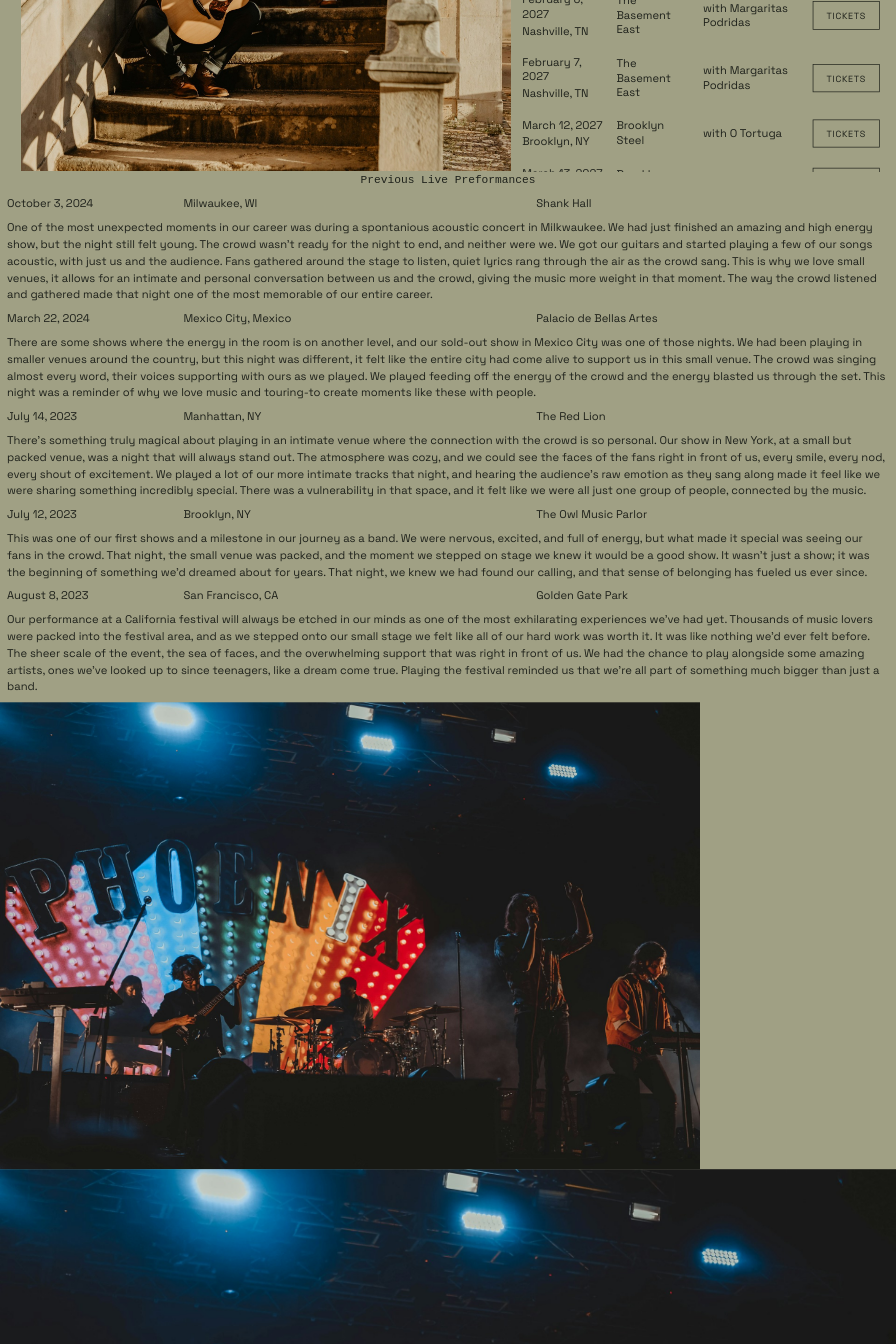
Repository: lime929/voices-del-viento
Page: /tour
These files come from the project's save history. The page is drawn as it stood at one moment and after the next save; the edit follows.
The browser window is 1280 px wide. The pictures show the part of the page from y = 745 to 2665 px (the page is 9817 px tall before and 9827 px after), at 70% of full size.
An inner scrolling area shows only its first screen. The project was rebuilt for these pictures with package versions that can differ from the ones it lists, and the page was loaded fresh each time. The framework's server and built-in components were replaced by stand-ins that run in the browser. Also part of the build but not shown: next.config.mjs.

Above is the page before, as saved 2026-09-14 16:38:44.

After the next save:
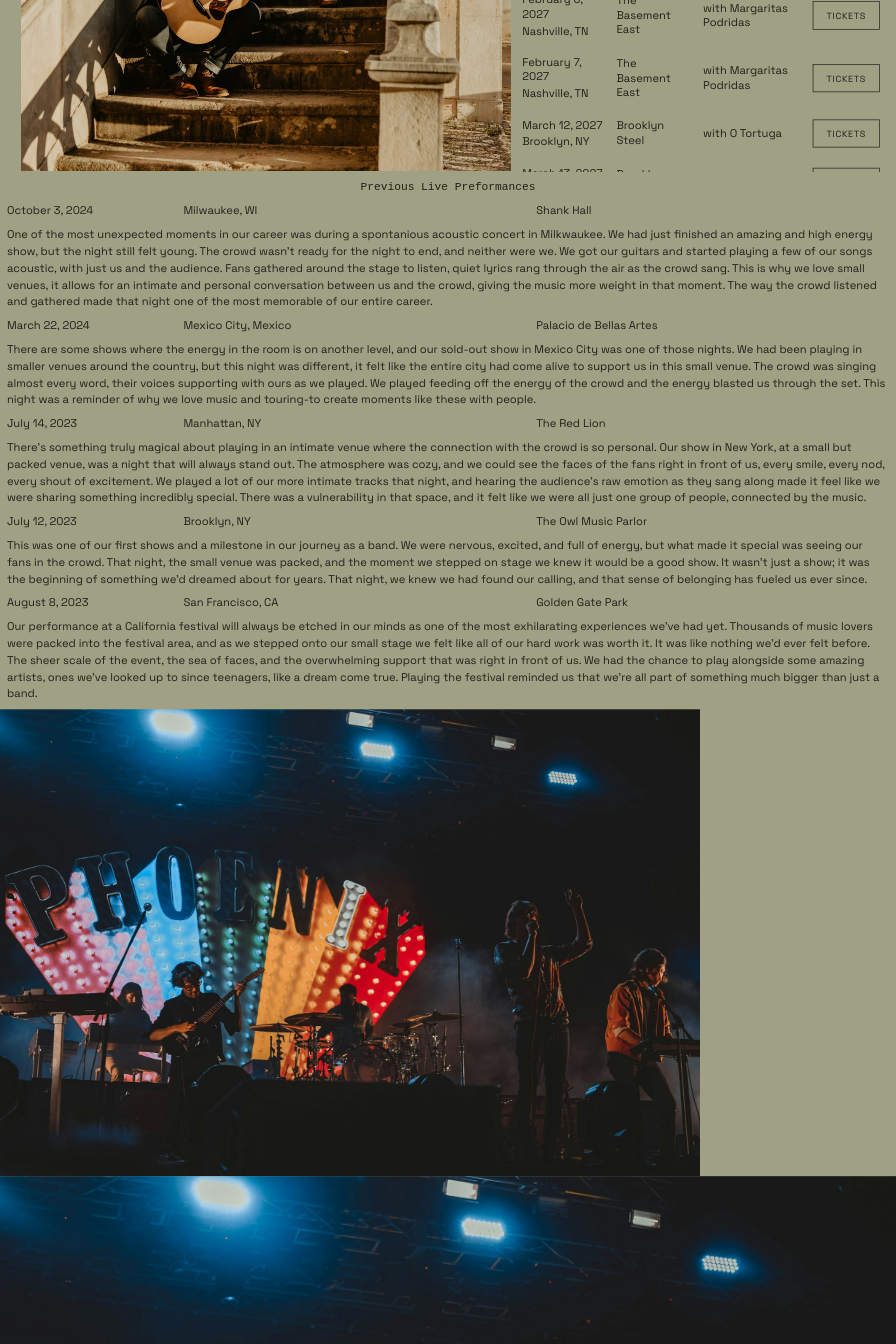
Saved 40 s later.
--- a/app/tour/page.module.css
+++ b/app/tour/page.module.css
@@ -132,7 +132,8 @@
 }
 .pastTourTitle {
  text-align: center;
- font-family: var(--font-mono)
+ font-family: var(--font-mono);
+ margin-top: 10px;
 }
 .pastTour {
 
